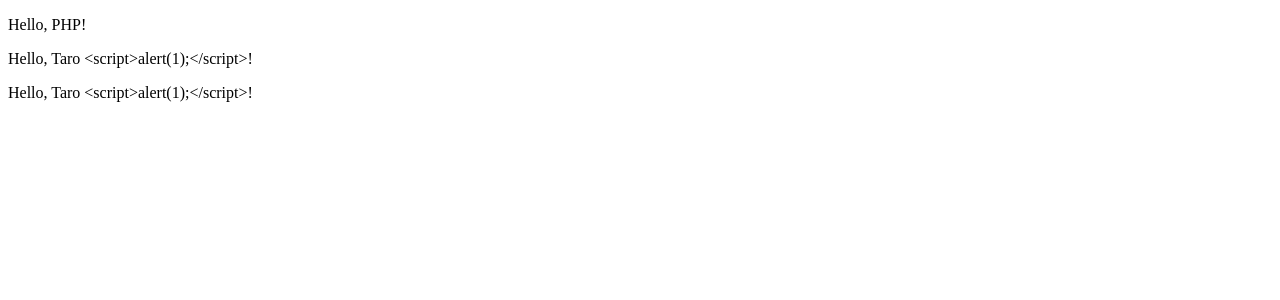
Repository: posse-ap/gen2.0-Karen-812
Page: http://localhost/work/web/index.php
These files come from the project's save history. The page is drawn as it stood at one moment and after a run of saves; the edit follows.
The browser window is 1280 px wide. The pictures show the whole page.
The page is run by PHP 8.4 with error messages shown; the project is at /var/www/html/.

Above is the page before, as saved 2021-12-23 13:06:29.

After the next 3 saves:
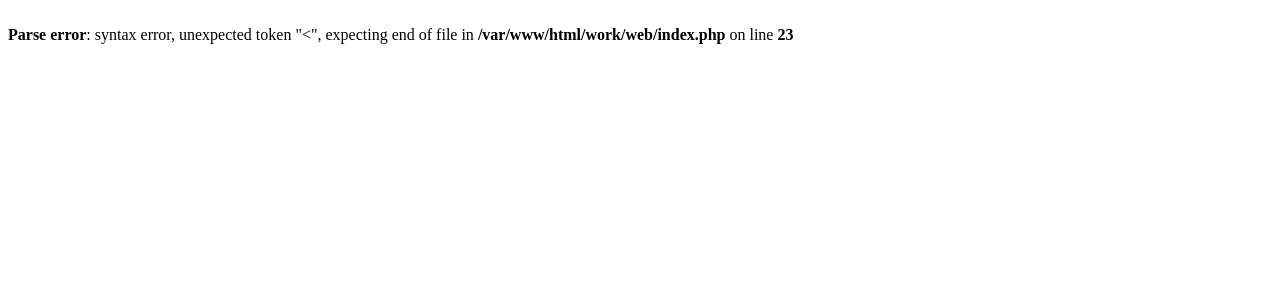
The 3 saves are shown as one change because they came seconds apart.
The last was saved 81 s later.
--- a/basic_php_webdev-master/work/web/index.php
+++ b/basic_php_webdev-master/work/web/index.php
@@ -18,6 +18,8 @@ $name = 'Taro <script>alert(1);</script>';
   <p>Hello, <?= h($name); ?>!</p>
   <!-- <p>Today: <?= date('Y-m-d H:i:s l'); ?></p>
   <p>Today: <?= $today; ?></p> -->
-
+  <ul>
+    <?
+  </ul>
 </body>
 </html>
